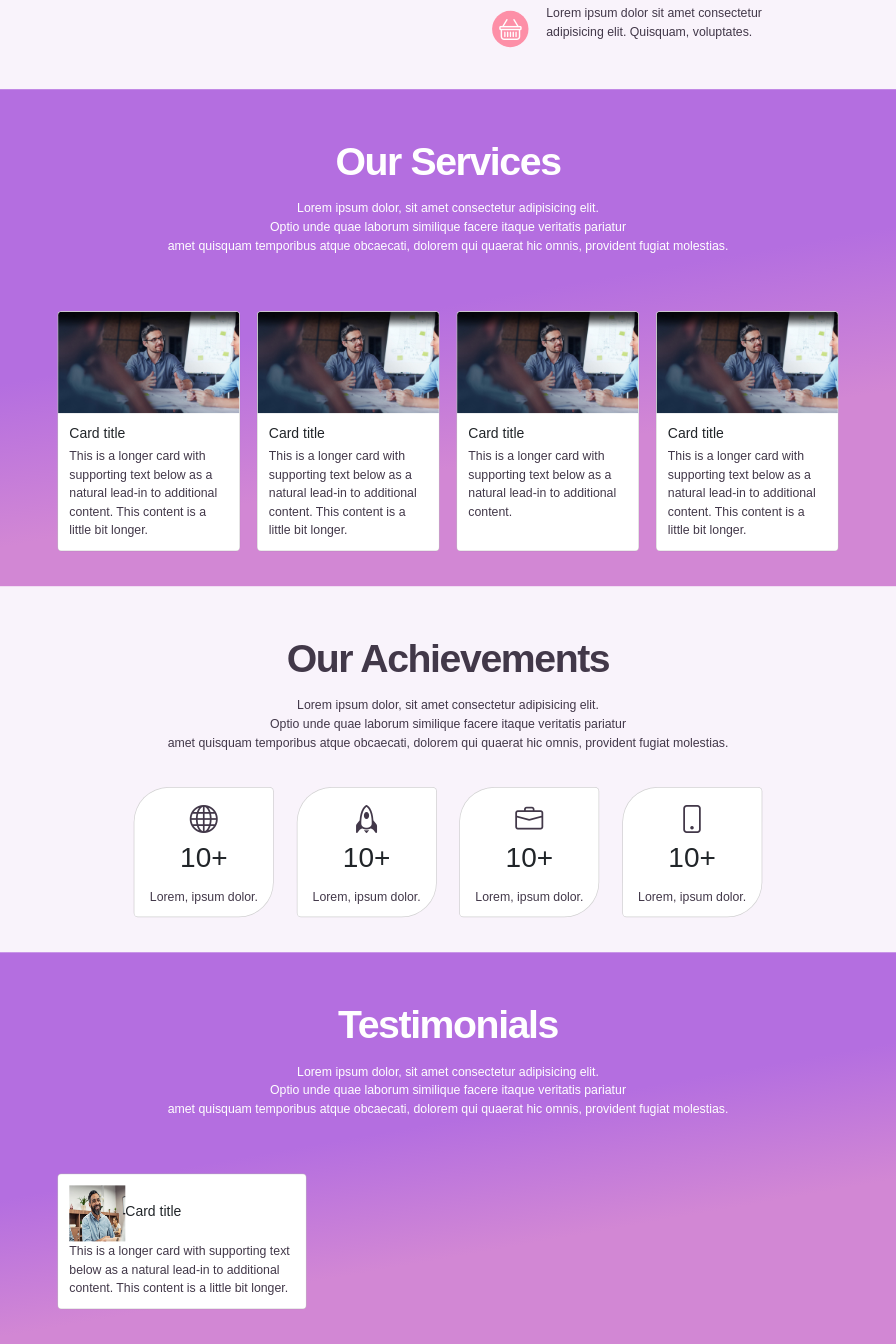
Repository: tagnam/project27012025
Page: index.html
An editor plug-in stored every save of this project. The page is shown before and after a run of saves, followed by the edit.
The browser window is 1280 px wide. The pictures show the part of the page from y = 1289 to 3209 px (the page is 3209 px tall), at 70% of full size.

Above is the page before, as saved 2025-01-28 13:05:23.

After the next 2 saves:
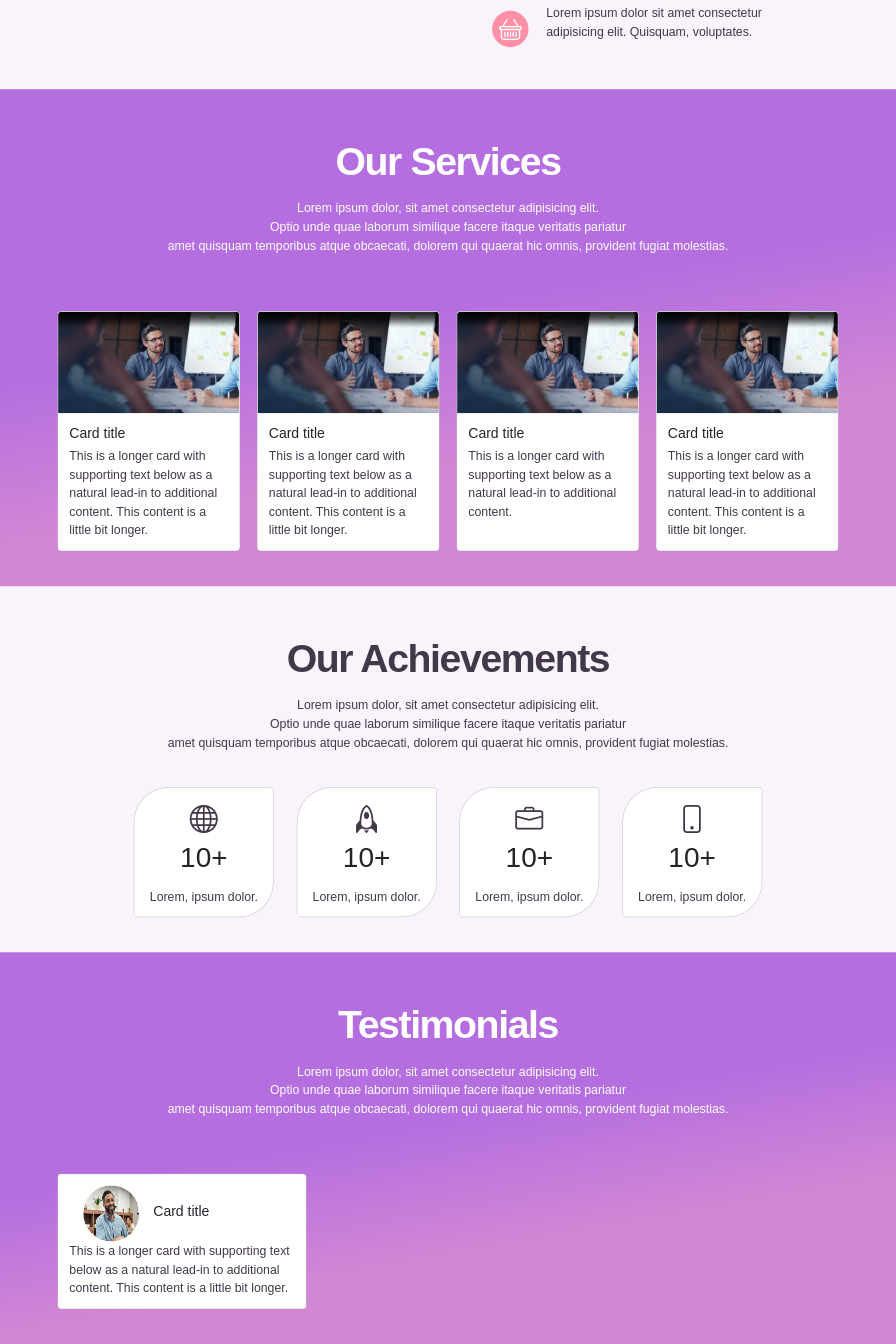
The 2 saves are shown as one change because they came seconds apart.
The last was saved 10 s later.
--- a/style/css/index.css
+++ b/style/css/index.css
@@ -242,3 +242,10 @@ width: 100%;
     align-items: center;
     flex-wrap: wrap;
 }
+
+.testimonial-img{
+    width: 100px;
+    height: 100px;
+    border-radius: 50%;
+    margin: 0px 20px;
+}
